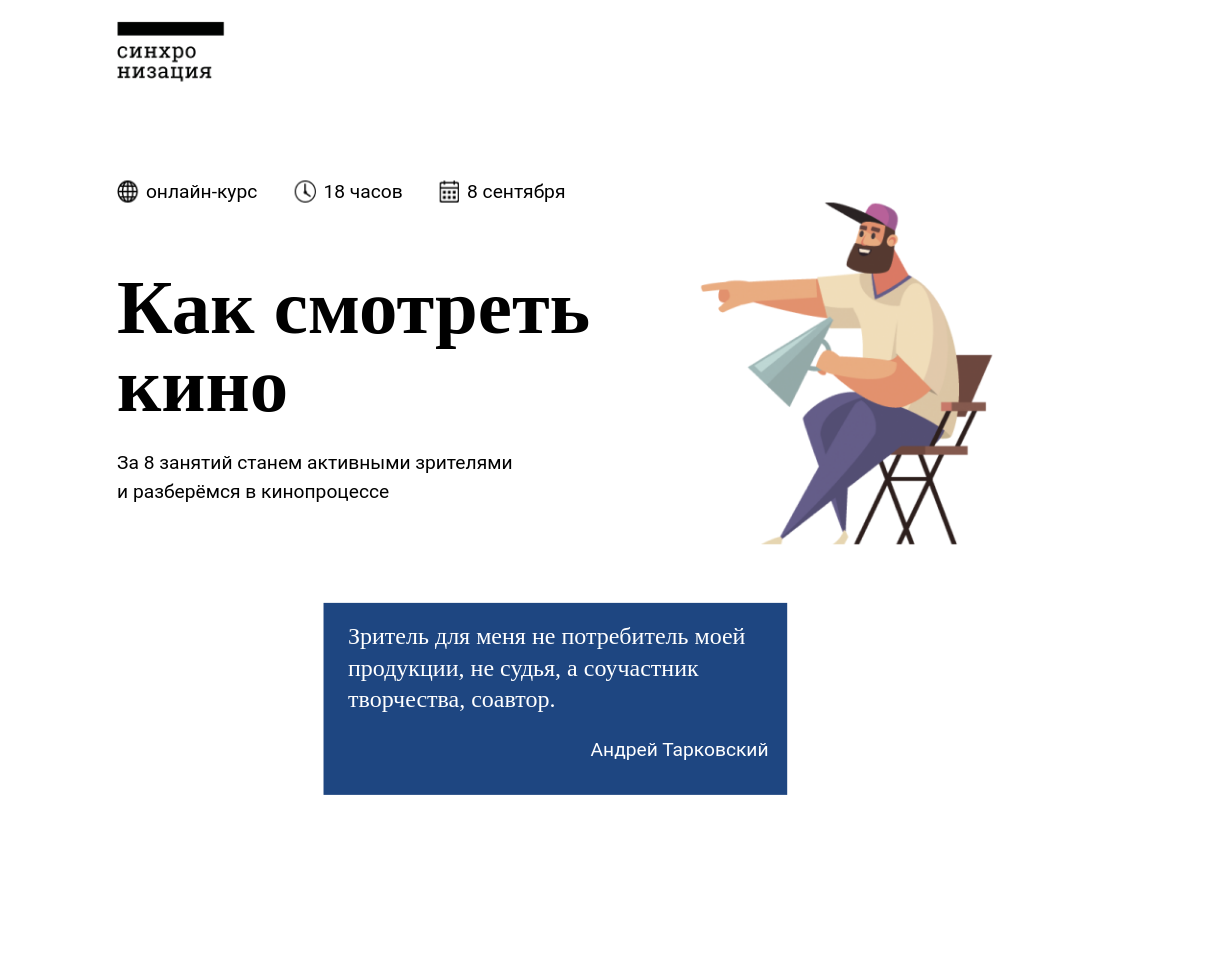
Repository: PoladEziz/Task-8
Page: index.html
The author's editor kept a copy of each file at every save. The page is drawn from the files as they stood at one save, then again after a run of saves.
The browser window is 1280 px wide. The pictures show the whole page, at 96% of full size.

Above is the page before, as saved 2023-05-25 16:27:20.

After the next 2 saves:
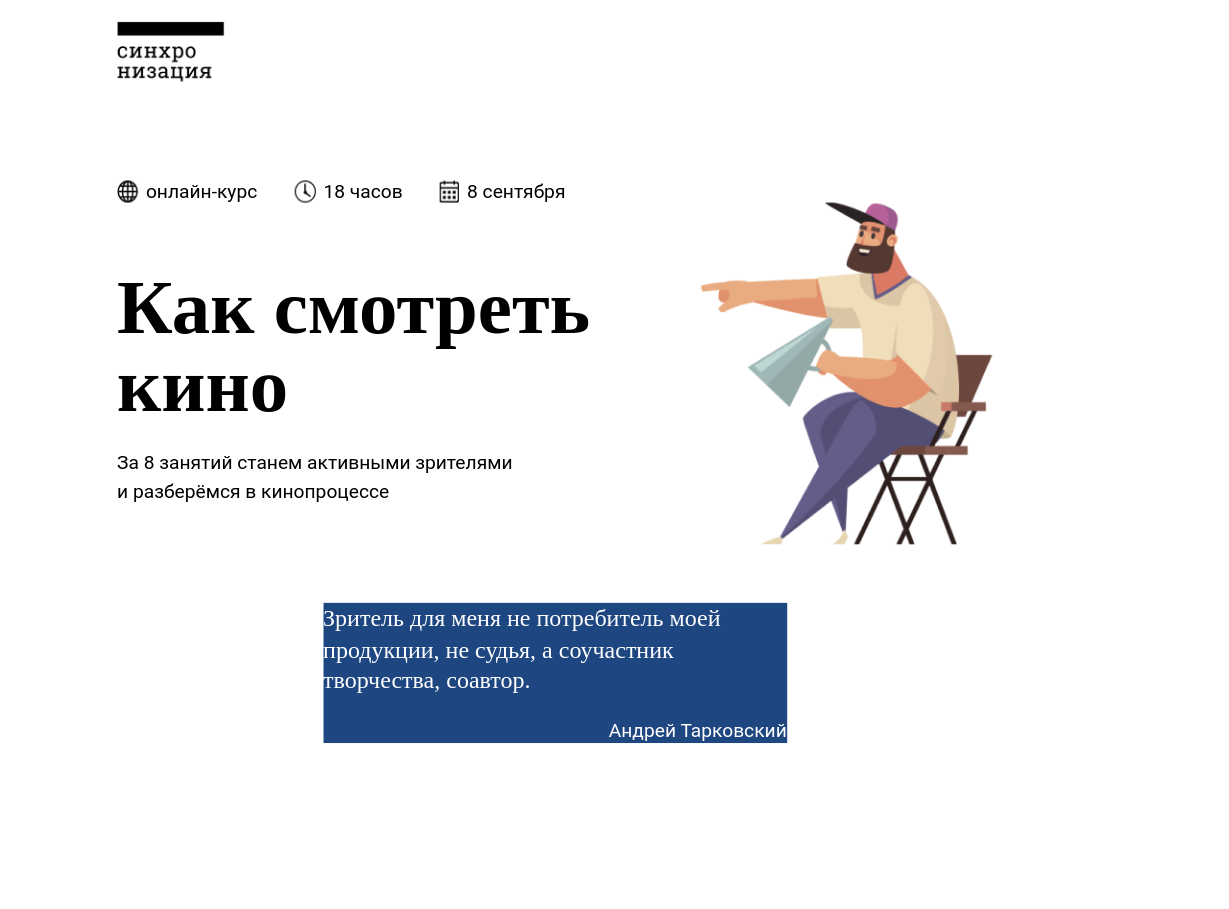
The 2 saves are shown as one change because they came seconds apart.
The last was saved 21 s later.
--- a/index.css
+++ b/index.css
@@ -25,9 +25,9 @@
 
 .box {
   width: 483px;
-  height: 200px;
+  /* height: 200px; */
   background-color: #1e4681;
-  padding: 19px 19px 26px 26px;
+  /* padding: 19px 19px 26px 26px; */
 }
 
 .box p {
